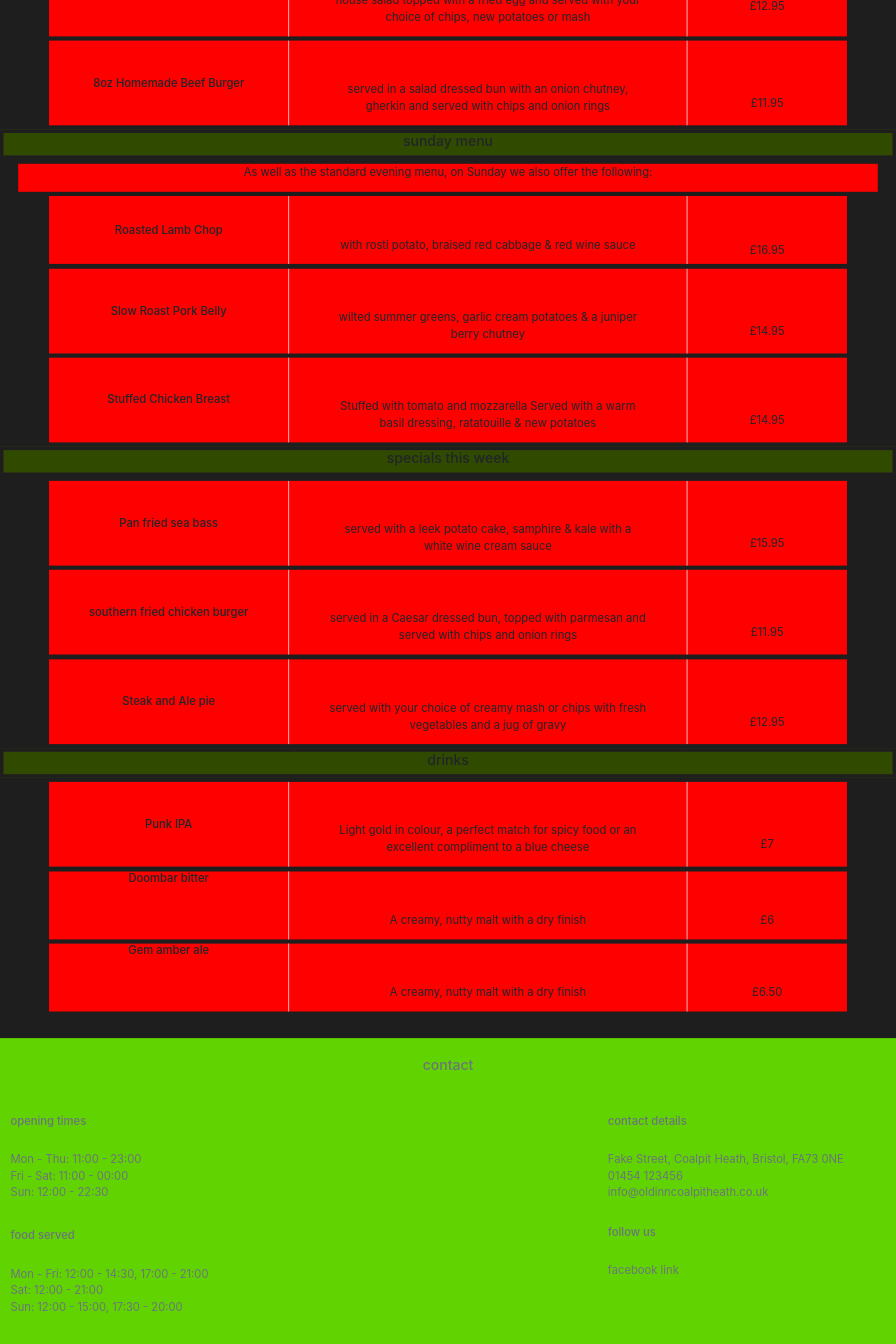
Repository: Code-Institute-Submissions/JamesLStudent-Milestone_One
Page: menu.html
The author's editor kept a record of every edit. The page is drawn from the files as they stood at one moment, then again after the next edit.
The browser window is 1280 px wide. The pictures show the part of the page from y = 2090 to 4010 px (the page is 4010 px tall), at 70% of full size.

Above is the page before.
Console error: TypeError: Cannot read properties of undefined (reading 'fn')

### menu.html
<!DOCTYPE html>
<html lang="en">

<head>
    <meta charset="UTF-8">
    <meta name="viewport" content="width=device-width, initial-scale=1.0">
    <meta http-equiv="X-UA-Compatible" content="ie=edge">
    <title>Old Inn - Menu</title>
    <link href="Assets/main.css" rel="stylesheet" type="text/css" />
    <link rel="stylesheet" href="https://stackpath.bootstrapcdn.com/bootstrap/4.3.1/css/bootstrap.min.css" integrity="sha384-ggOyR0iXCbMQv3Xipma34MD+dH/1fQ784/j6cY/iJTQUOhcWr7x9JvoRxT2MZw1T" crossorigin="anonymous">
    <script src="https://stackpath.bootstrapcdn.com/bootstrap/4.3.1/js/bootstrap.min.js" integrity="sha384-JjSmVgyd0p3pXB1rRibZUAYoIIy6OrQ6VrjIEaFf/nJGzIxFDsf4x0xIM+B07jRM" crossorigin="anonymous"></script>
</head>

<body class="bg">
    <div class="h1-box">
        <h1>Menu</h1>
    </div>
    <a href="index.html">
        <div class="col-6 col-md-12 col-lg-3 navigation-item black-text">
            <h5>home</h5>
        </div>
    </a>
    <a href="events.html">
        <div class="col-6 col-md-12 col-lg-3 navigation-item black-text">
            <h5>events</h5>
        </div>
    </a>
    <a href="contacts.html">
        <div class="col-12 col-md-12 col-lg-3 navigation-item black-text">
            <h5>contact us</h5>
        </div>
    </a>
    <a href="produce.html">
        <div class="col-12 col-md-12 col-lg-3 navigation-item black-text">
            <h5>our produce</h5>
        </div>
    </a>
    <div class="centerer">
        <div class="subtitle">
            <h4>Find what you're looking for</h4>
        </div>
        <div class="spacer"></div>
        <div class="container">
            <div class="row">
                <div class="small-link col-4">
                    <p class="vert-align">drinks</p>
                </div>
                <div class="small-link col-4">
                    <p class="vert-align">evening menu</p>
                </div>
                <div class="small-link col-4">
                    <p class="vert-align">lunch menu</p>
                </div>
                <div class="small-link col-4">
                    <p class="vert-align">sunday menu</p>
                </div>
                <div class="small-link col-4">
                    <p class="vert-align">specials</p>
                </div>
                <div class="small-link col-4">
                    <p class="vert-align">desserts</p>
                </div>
                <div class="small-link col-6">
                    <p class="vert-align">vegetarian/<br>vegan menu</p>
                </div>
                <div class="small-link col-6">
                    <p class="vert-align">gluten and allergy info</p>
                </div>
            </div>
        </div>
        <div class="subtitle">
            <h4>Or browse the menu</h4>
        </div>
        <div class="spacer"></div>
        <div class="sub-box">
            <h5>starters and light bites</h5>
        </div>
        <div class="alt-link container">
            <div class="row">
                <span class="food">
                    <h6 class="vert-align">soup of the day</h6>
                </span>
                <span class="food-desc ">
                    <p>homemade and served with freshly baked, warm crusty bread</p>
                </span>
                <span class="food-cost">
                    <p class="vert-align">£5.50</p>
                </span>
            </div>
        </div>
        <div class="alt-link container">
            <div class="row">
                <span class="food">
                    <h6 class="vert-align">Southern fried pork bites</h6>
                </span>
                <span class="food-desc">
                    <p>served with a sweet chilli relish</p>
                </span>
                <span class="food-cost">
                    <p class="vert-align">£6.50</p>
                </span>
            </div>
        </div>
        <div class="alt-link container">
            <div class="row">
                <span class="food">
                    <h6 class="vert-align">Prawn Cocktail</h6>
                </span>
                <span class="food-desc">
                    <p>Prawns in creamy Marie Rose sauce, served with brown bread</p>
                </span>
                <span class="food-cost">
                    <p class="vert-align">£6</p>
                </span>
            </div>
        </div>
        <div class="alt-link container">
            <div class="row">
                <span class="food">
                    <h6 class="vert-align">Grilled Halloumi</h6>
                </span>
                <span class="food-desc">
                    <p>served with a garlic & herb crust or plainly grilled with a sweet chilli dip</p>
                </span>
                <span class="food-cost">
                    <p class="vert-align">£5.95</p>
                </span>
            </div>
        </div>
        <div class="alt-link container">
            <div class="row">
                <span class="food">
                    <h6 class="vert-align">mozarella and tomato salad</h6>
                </span>
                <span class="food-desc">
                    <p>made with buffalo mozzarella & slow roasted plum tomatoes, served with a balsamic & pesto dressing</p>
                </span>
                <span class="food-cost">
                    <p class="vert-align">£6.50</p>
                </span>
            </div>
        </div>
        <div class="alt-link container">
            <div class="row">
                <span class="food">
                    <h6 class="vert-align">homemade filo spring rolls</h6>
                </span>
                <span class="food-desc">
                    <p class="vert-align">stuffed with feta cheese, parsley and garlic</p>
                </span>
                <span class="food-cost">
                    <p class="vert-align">£6.50</p>
                </span>
            </div>
        </div>
        <div class="sub-box">
            <h5 class="vert-align">evening menu</h5>
        </div>
        <div class="alt-link container">
            <div class="row">
                <span class="food">
                    <h6 class="vert-align">battered cod</h6>
                </span>
                <span class="food-desc">
                    <p>Served with chips and mushy peas</p>
                </span>
                <span class="food-cost">
                    <p class="vert-align">£11.95</p>
                </span>
            </div>
        </div>
        <div class="alt-link container">
            <div class="row">
                <span class="food">
                    <h6 class="vert-align">Chicken and leek pie</h6>
                </span>
                <span class="food-desc">
                    <p class="vert-align">served with your choice of creamy mash or chips with fresh vegetables and a jug of gravy</p>
                </span>
                <span class="food-cost">
                    <p class="vert-align">£12.95</p>
                </span>
            </div>
        </div>
        <div class="alt-link container">
            <div class="row">
                <span class="food">
                    <h6 class="vert-align">homemade lasagna</h6>
                </span>
                <span class="food-desc">
                    <p>Served with garlic bread and a side salad</p>
                </span>
                <span class="food-cost">
                    <p class="vert-align">£11.95</p>
                </span>
            </div>
        </div>
        <div class="alt-link container">
            <div class="row">
                <span class="food">
                    <h6 class="vert-align">mac and cheese</h6>
                </span>
                <span class="food-desc">
                    <p>Made with fresh pasta and 3 different cheeses</p>
                </span>
                <span class="food-cost">
                    <p class="vert-align">£10.95</p>
                </span>
            </div>
        </div>
        <div class="alt-link container">
            <div class="row">
                <span class="food">
                    <h6 class="vert-align">hunter's chicken</h6>
                </span>
                <span class="food-desc">
                    <p>Whole chicken breast topped with bacon, cheese and BBQ sauce served with chips & salad</p>
                </span>
                <span class="food-cost">
                    <p class="vert-align">£12.95</p>
                </span>
            </div>
        </div>
        <div class="alt-link container">
            <div class="row">
                <span class="food">
                    <h6 class="vert-align">8oz Rump</h6>
                </span>
                <span class="food-desc">
                    <p>cooked to your liking, and served with grilled mushroom, grilled tomato, onion ring, house salad and your choice of chips, new potatoes or mash</p>
                </span>
                <span class="food-cost">
                    <p class="vert-align">£16</p>
                </span>
            </div>
        </div>
        <div class="alt-link container">
            <div class="row">
                <span class="food">
                    <h6 class="vert-align">10oz Gammon</h6>
                </span>
                <span class="food-desc">
                    <p>served with grilled mushroom, grilled tomato, onion ring & house salad topped with a fried egg and served with your choice of chips, new potatoes or mash </p>
                </span>
                <span class="food-cost">
                    <p class="vert-align">£12.95</p>
                </span>
            </div>
        </div>
        <div class="alt-link container">
            <div class="row">
                <span class="food">
                    <h6 class="vert-align">8oz Homemade Beef Burger</h6>
                </span>
                <span class="food-desc">
                    <p>served in a salad dressed bun with an onion chutney, gherkin and served with chips and onion rings</p>
                </span>
                <span class="food-cost">
                    <p class="vert-align">£11.95</p>
                </span>
            </div>
        </div>
        <div class="sub-box">
            <h5>sunday menu</h5>
        </div>
        <div class="alt-link">
             <p>As well as the standard evening menu, on Sunday we also offer the following:</p>
        </div>
        <div class="alt-link container">
            <div class="row">
                <span class="food">
                    <h6 class="vert-align">Roasted Lamb Chop</h6>
                </span>
                <span class="food-desc">
                    <p>with rosti potato, braised red cabbage & red wine sauce</p>
                </span>
                <span class="food-cost">
                    <p class="vert-align">£16.95</p>
                </span>
            </div>
        </div>
        <div class="alt-link container">
            <div class="row">
                <span class="food">
                    <h6 class="vert-align">Slow Roast Pork Belly</h6>
                </span>
                <span class="food-desc">
                    <p>wilted summer greens, garlic cream potatoes & a juniper berry chutney</p>
                </span>
                <span class="food-cost">
                    <p class="vert-align">£14.95</p>
                </span>
            </div>
        </div>
        <div class="alt-link container">
            <div class="row">
                <span class="food">
                    <h6 class="vert-align">Stuffed Chicken Breast</h6>
                </span>
                <span class="food-desc">
                    <p>Stuffed with tomato and mozzarella Served with a warm basil dressing, ratatouille & new potatoes</p>
                </span>
                <span class="food-cost">
                    <p class="vert-align">£14.95</p>
                </span>
            </div>
        </div>
        <div class="sub-box">
            <h5>specials this week</h5>
        </div>
        <div class="alt-link container">
            <div class="row">
                <span class="food">
                    <h6 class="vert-align">Pan fried sea bass</h6>
                </span>
                <span class="food-desc">
                    <p>served with a leek potato cake, samphire & kale with a white wine cream sauce</p>
                </span>
                <span class="food-cost">
                    <p class="vert-align">£15.95</p>
                </span>
            </div>
        </div>
        <div class="alt-link container">
            <div class="row">
                <span class="food">
                    <h6 class="vert-align">southern fried chicken burger</h6>
                </span>
                <span class="food-desc">
                    <p>served in a Caesar dressed bun, topped with parmesan and served with chips and onion rings</p>
                </span>
                <span class="food-cost">
                    <p class="vert-align">£11.95</p>
                </span>
            </div>
        </div>
        <div class="alt-link container">
            <div class="row">
                <span class="food">
                    <h6 class="vert-align">Steak and Ale pie</h6>
                </span>
                <span class="food-desc">
                    <p>served with your choice of creamy mash or chips with fresh vegetables and a jug of gravy</p>
                </span>
                <span class="food-cost">
                    <p class="vert-align">£12.95</p>
                </span>
            </div>
        </div>
        <div class="sub-box">
            <h5>drinks</h5>
        </div>
        <div class="alt-link container">
            <div class="row">
                <span class="food">
                    <h6 class="vert-align">Punk IPA</h6>
                </span>
                <span class="food-desc">
                    <p>Light gold in colour, a perfect match for spicy food or an excellent compliment to a blue cheese</p>
                </span>
                <span class="food-cost">
                    <p class="vert-align">£7</p>
                </span>
            </div>
        </div>
        <div class="alt-link container">
            <div class="row">
                <span class="food">
                    <h6>Doombar bitter</h6>
                </span>
                <span class="food-desc">
                    <p>A creamy, nutty malt with a dry finish</p>
                </span>
                <span class="food-cost">
                    <p>£6</p>
                </span>
            </div>
        </div>
        <div class="alt-link container">
            <div class="row">
                <span class="food">
                    <h6>Gem amber ale</h6>
                </span>
                <span class="food-desc">
                    <p>A creamy, nutty malt with a dry finish</p>
                </span>
                <span class="food-cost">
                    <p>£6.50</p>
                </span>
            </div>
        </div>
        <div class="spacer"></div>
        <footer>
            <div class="footer">
                <div class="col-12 footer-div text-muted">
                    <h5>contact</h5>
                </div>
                <div class="col-12 col-md-6 col-lg-8 left footer-div text-muted left-align">
                    <h6>opening times</h6>
                    <p class="left-align">
                        </br>
                        Mon - Thu: 11:00 - 23:00</br>
                        Fri - Sat: 11:00 - 00:00</br>
                        Sun: 12:00 - 22:30</br>
                        </br>
                    </p>
                    <h6>food served</h6>
                    <p class="left-align">
                        </br>
                        Mon - Fri: 12:00 - 14:30, 17:00 - 21:00</br>
                        Sat: 12:00 - 21:00</br>
                        Sun: 12:00 - 15:00, 17:30 - 20:00</p>
                </div>
                <div class="col-12 col-md-6 col-lg-4 left footer-div text-muted left-align">
                    <h6>contact details</h6>
                    <p class="left-align">
                        </br>Fake Street, Coalpit Heath, Bristol, FA73 0NE</br>01454 123456</br>
                        info@oldinncoalpitheath.co.uk</p>
                    <h6></br>follow us</h6>
                    <p></br>facebook link</p>
                </div>
            </div>
        </footer>
    </div>
</body>

</html>

### Assets/main.css
/*----------------- STYLES APPEARING ON MULTIPLE PAGES -----------------*/

.bg {
    position: absolute;
    top: 0;
    left: 0;
    bottom: 0;
    right: 0;
    display: block;
    background-color: #1e1e1e;
}

h1 {
    background-color: #FFFFFF;
    text-align: center;
    min-height: 40px;
    height: auto;
    padding: 2% 0 2% 0;
}

.subtitle {
    text-align: center;
    padding: 3% 0 3% 0;
    margin: 5% 0 0 0;
    display: inline-block;
    width: 100%;
    min-height: 15px;
    height: auto;
    background-color: #00304A
}

.black-text {
    color: black;
}

footer {
    min-height: 20%;
    height: auto;
    display: block;
    bottom: 0;
    position: relative;
}

.footer {
    display: inline-block;
    margin-top: 5%;
    width: 100%;
    min-height: 100%;
    height: auto;
    background-color: #60D300;
}

.centerer {
    height: 100%;
    text-align: center;
}

.left {
    float: left;
}

.right {
    float: right;
}

.clear {
    padding: 0;
    margin: 0;
}

.footer-div {
    padding: 2%;
}

.left-align {
    text-align: left;
}

/*----------------- MAIN NAV ITEM -----------------*/

.navigation-item {
    background-color: #ABCDEF;
    float: left;
    text-align: center;
    border-radius: 10px;
    border: 5px solid #1e1e1e;
}

/*----------------- HOMEPAGE STYLE -----------------*/

.history {
    margin: 5% 2% 0 2%;
    display: inline-block;
    text-align: center;
    width: 96%;
    min-height: 50%;
    height: auto;
    background-color: #FF7400;
}

.alt-link {
    margin: 1% 2% 0% 2%;
    display: inline-block;
    text-align: center;
    width: 96%;
    min-height: 5%;
    height: auto;
    background-color: #FF0000;
}

/*----------------- MENU STYLE -----------------*/

.small-link {
    line-height: 100%;
    display: inline-block;
    text-align: center;
    height: auto;
    background-color: #4A0030;
    border-radius: 10px;
    border: 5px solid #1e1e1e;
    color: #FFFFFF;
}

.food {
    width: 30%;
    float: left;
    padding: 0;
}

.food-desc {
    width: 50%;
    float: left;
    border-left: 1px solid white;
    border-right: 1px solid white;
    padding: 5% 5% 0 5%;
}

.food-cost {
    width: 20%;
    float: left;
    padding: 5% 5% 0 5%;
}

.spacer {
    margin-top: 5%;
}

.vert-align {
    position: relative;
    top: 50%;
    transform: translateY(-50%);
}

/*----------------- EVENTS STYLE -----------------*/

.sub-box {
    background-color: #304A00;
    height: auto;
    border: 5px solid #1e1e1e;
    line-height: 100%;
    margin-top: 3%;
}

.image {
    height: 20%;
    width: 96%;
    margin: 0 2% 0 2%;
    background-color: #FFFFFF;
}

/*----------------- TABLET MEDIA QUERIES -----------------*/

@media (min-width: 768px) {
    .footer {
        margin-top: 3%;
    }
    .history {
        margin-top: 3%;
    }
    .alt-link {
        margin-top: 1%;
    }
    .subtitle {
        margin-top: 2.5%;
        padding: 1% 0 1% 0;
    }
    .spacer {
        margin-top: 3%;
    }
    .sub-box {
        margin-top: 2%;
    }
}

/*----------------- DESKTOP MEDIA QUERIES -----------------*/

@media (min-width: 992px) {
    .footer {
        margin-top: 2%;
    }
    .history {
        margin-top: 1%;
    }
    .alt-link {
        margin-top: 0.5%;
    }
    .subtitle {
        margin-top: 1%;
    }
    .spacer {
        margin-top: 1%;
    }
    .sub-box {
        margin-top: 0.5%;
    }
}

After the next edit:
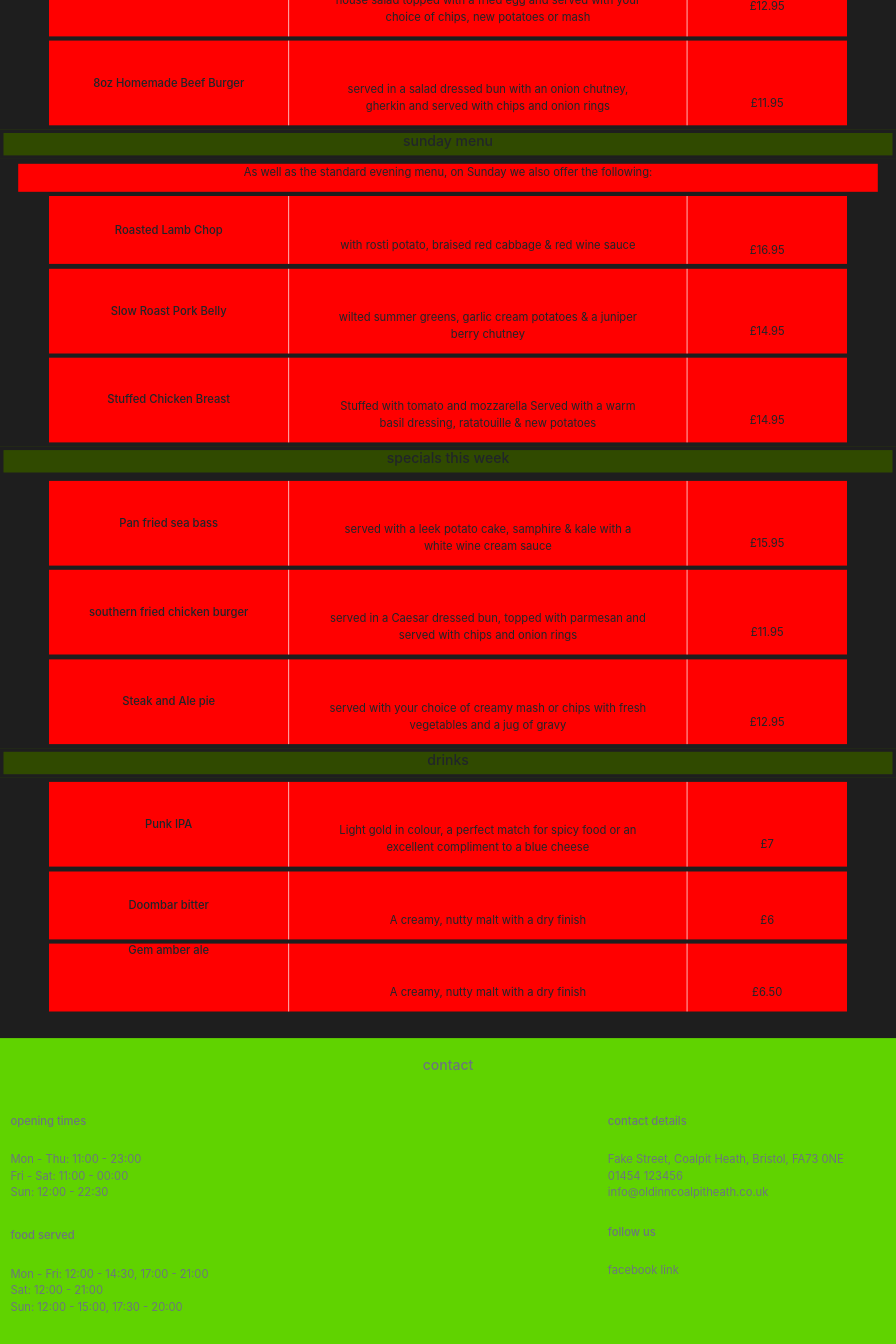
The edit:
--- a/menu.html
+++ b/menu.html
@@ -366,7 +366,7 @@
         <div class="alt-link container">
             <div class="row">
                 <span class="food">
-                    <h6>Doombar bitter</h6>
+                    <h6 class="vert-align">Doombar bitter</h6>
                 </span>
                 <span class="food-desc">
                     <p>A creamy, nutty malt with a dry finish</p>
